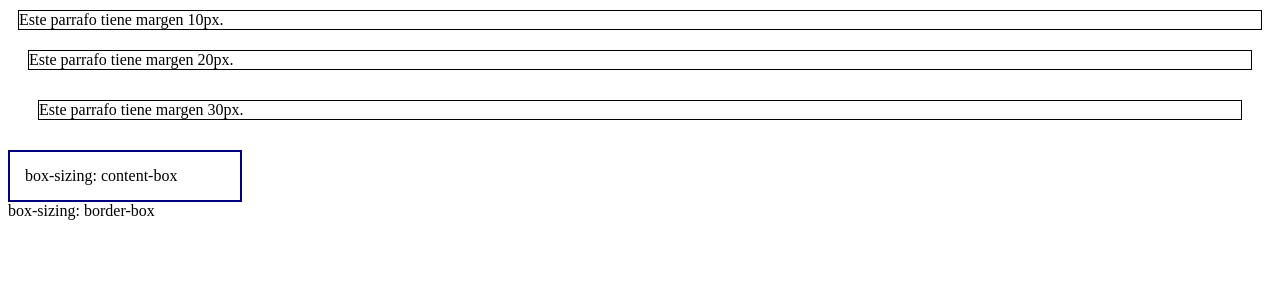
Repository: cesarsant0203/My_Study
Page: Introducción al desarrollo web/2-Css/2.11/2.11-modelo_de_caja_css.html
An editor plug-in stored every save of this project. The page is shown before and after a run of saves, followed by the edit.
The browser window is 1280 px wide. The pictures show the whole page.

Above is the page before, as saved 2020-04-29 16:07:26.

### Introducción al desarrollo web/2-Css/2.11/2.11-modelo_de_caja_css.html
<!DOCTYPE html>
<html lang="es">

<head>
    <meta charset="utf-8" />
    <title>Modelo de caja</title>
    <link href="2.11-modelo_de_caja_css.css" rel="stylesheet" />
</head>

<body>
    <section>
    <p class="margen-10">
        Este parrafo tiene margen 10px.
    </p>
    <p class="margen-20">
        Este parrafo tiene margen 20px.
    </p>
    <p class="margen-30">
        Este parrafo tiene margen 30px.
    </p>
    </section>
    <div id="contentBox">box-sizing: content-box</div>
    <div id="borderBox">box-sizing: border-box</div>
</body>

</html>

### Introducción al desarrollo web/2-Css/2.11/2.11-modelo_de_caja_css.css
.margen-10, .margen-20, .margen-30 {
    border: 1px solid black;
}
.margen-10 {
    margin: 10px;
}
.margen-20 {
    margin: 20px;
}
.margen-30 {
    margin: 30px;
}

#contentBox {
    width: 200px;
    border: 2px solid #000080;
    box-sizing: content-box;
    padding: 15px;
}
#contentBox {
    width: 200px;
    border: 2px solid #000080;
    box-sizing: content-box;
    padding: 15px;
}

After the next 2 saves:
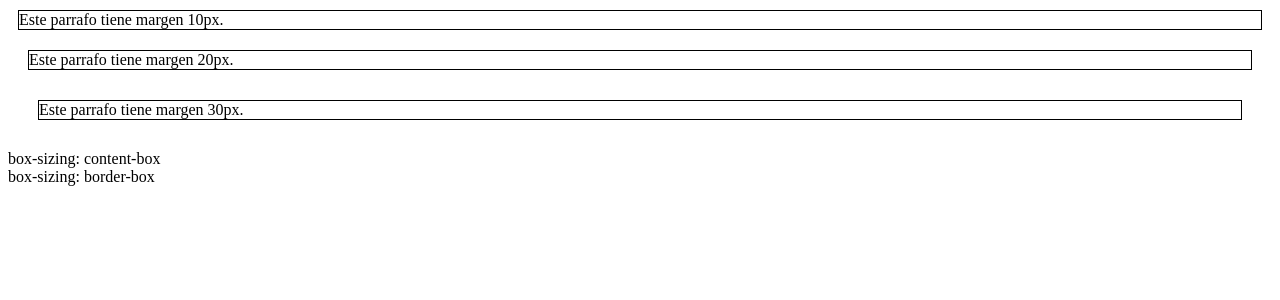
The 2 saves are shown as one change because they came seconds apart.
The last was saved 13 s later.
--- a/Introducción al desarrollo web/2-Css/2.11/2.11-modelo_de_caja_css.css
+++ b/Introducción al desarrollo web/2-Css/2.11/2.11-modelo_de_caja_css.css
@@ -11,15 +11,15 @@
     margin: 30px;
 }
 
-#contentBox {
+#Box {
     width: 200px;
     border: 2px solid #000080;
-    box-sizing: content-box;
+    box-sizing:#-box;
     padding: 15px;
 }
-#contentBox {
+#Box {
     width: 200px;
     border: 2px solid #000080;
-    box-sizing: content-box;
+    box-sizing:#-box;
     padding: 15px;
 }

After the 3 saves that followed:
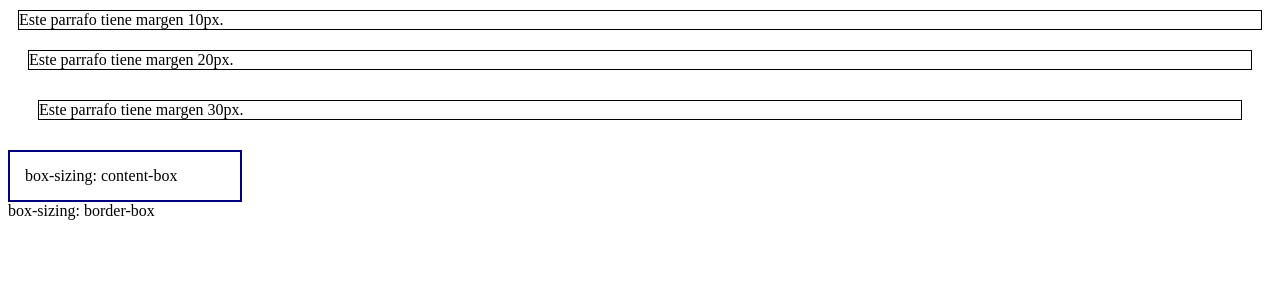
The 3 saves are shown as one change because 1 left the picture as it was and some came seconds apart.
The last was saved 13 s later.
--- a/Introducción al desarrollo web/2-Css/2.11/2.11-modelo_de_caja_css.css
+++ b/Introducción al desarrollo web/2-Css/2.11/2.11-modelo_de_caja_css.css
@@ -11,15 +11,15 @@
     margin: 30px;
 }
 
-#Box {
+#contentBox {
     width: 200px;
     border: 2px solid #000080;
-    box-sizing:#-box;
+    box-sizing: content-box;
     padding: 15px;
 }
-#Box {
+#contentBox {
     width: 200px;
     border: 2px solid #000080;
-    box-sizing:#-box;
+    box-sizing: content-box;
     padding: 15px;
 }
